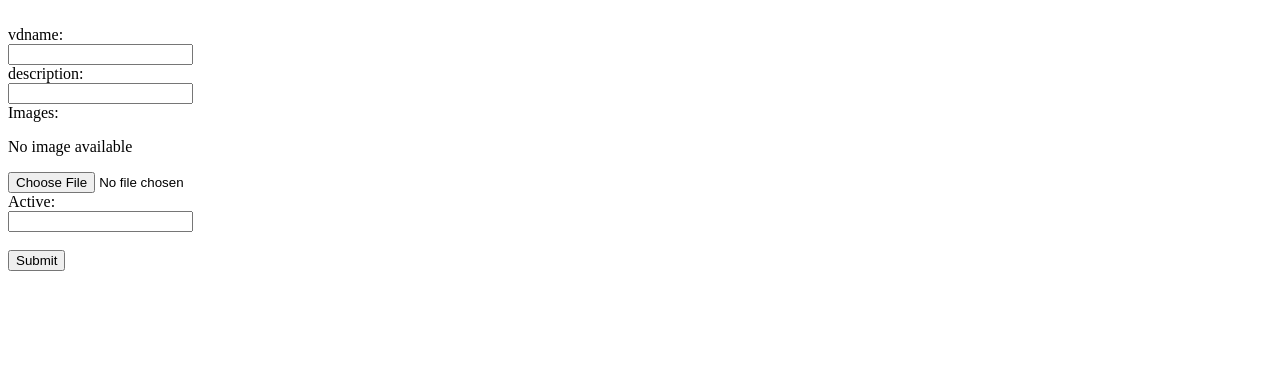
Repository: thuctrantrong/JPA
Page: http://localhost/JPA/admin/video/insert
These files come from the project's save history. The page is drawn as it stood at one moment and after the next save; the edit follows.
The browser window is 1280 px wide. The pictures show the whole page.
The page is served by Tomcat 10.

Above is the page before, as saved 2024-10-14 18:14:17.

After the next save:
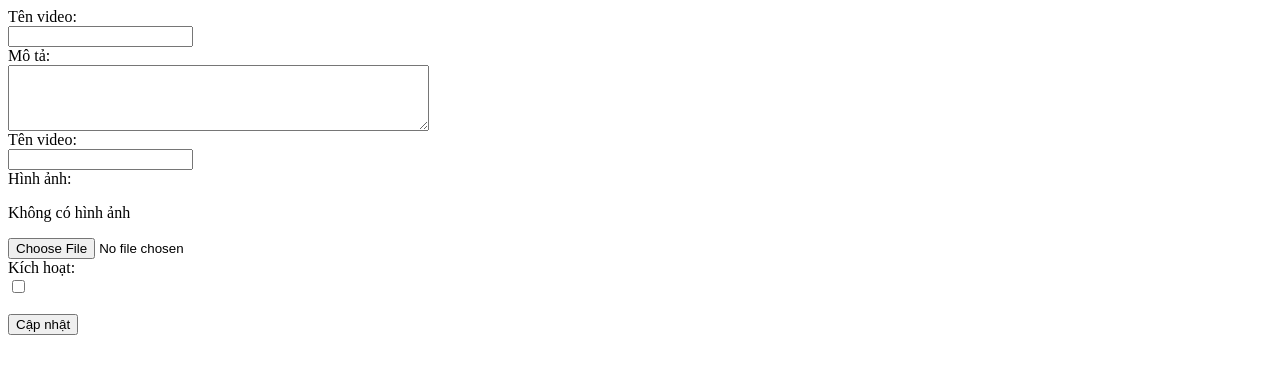
Saved 2 min 57 s later.
--- a/JPA/src/main/webapp/views/admin/video-insert.jsp
+++ b/JPA/src/main/webapp/views/admin/video-insert.jsp
@@ -1,31 +1,40 @@
 <%@ page language="java" contentType="text/html; charset=UTF-8"
     pageEncoding="UTF-8"%>
 <%@ taglib prefix="c" uri="jakarta.tags.core" %>
-<form action="${pageContext.request.contextPath}/admin/video/update"" method ="POST">
-    <input type="text" id="videoId" name="videoId" value="${vd.videoId}" hidden="hidden"><br>
-    <label for="fname">vdname:</label><br>
-    <input type="text" id="vdname" name="vdname" value="${vd.title}"><br>
 
-    <label for="fname">description:</label><br>
-    <input type="text" id="vddescription" name="vddescription" value="${vd.description}"><br>
+<form action="${pageContext.request.contextPath}/admin/video/update" method="POST" enctype="multipart/form-data">
+    <!-- Trường ẩn để lưu video ID -->
+    <input type="hidden" id="videoId" name="videoId" value="${vd.videoId}">
 
+    <!-- Nhập tên video -->
+    <label for="vdname">Tên video:</label><br>
+    <input type="text" id="vdname" name="vdname" value="${vd.title}" required><br>
 
-    <label for="lname">Images:</label><br>
+    <!-- Nhập mô tả video -->
+    <label for="vddescription">Mô tả:</label><br>
+    <textarea id="vddescription" name="vddescription" rows="4" cols="50">${vd.description}</textarea><br>
+
+	<label for="categoryID">Tên video:</label><br>
+    <input type="text" id="categoryID" name="categoryID" value="${vd.category}" required><br>
+
+    <!-- Hiển thị hình ảnh hiện tại (nếu có) -->
+    <label for="images">Hình ảnh:</label><br>
     <c:choose>
         <c:when test="${not empty vd.poster}">
             <c:url value="/image?fname=${vd.poster}" var="posterUrl"></c:url>
             <img height="150" width="200" src="${posterUrl}" alt="vd Image" />
         </c:when>
         <c:otherwise>
-            <p>No image available</p>
+            <p>Không có hình ảnh</p>
         </c:otherwise>
     </c:choose>
-
     <input type="file" id="images" name="images"><br>
 
-    <label for="status">Active:</label><br>
-    <input type="text" id="status" name="status" value="${vd.active}"><br>
+    <!-- Nhập trạng thái video (Active hay không) -->
+    <label for="status">Kích hoạt:</label><br>
+    <input type="checkbox" id="status" name="status" <c:if test="${vd.active}">checked</c:if>><br>
 
+    <!-- Nút submit -->
     <br>
-    <input type="submit" value="Submit">
+    <input type="submit" value="Cập nhật">
 </form>
